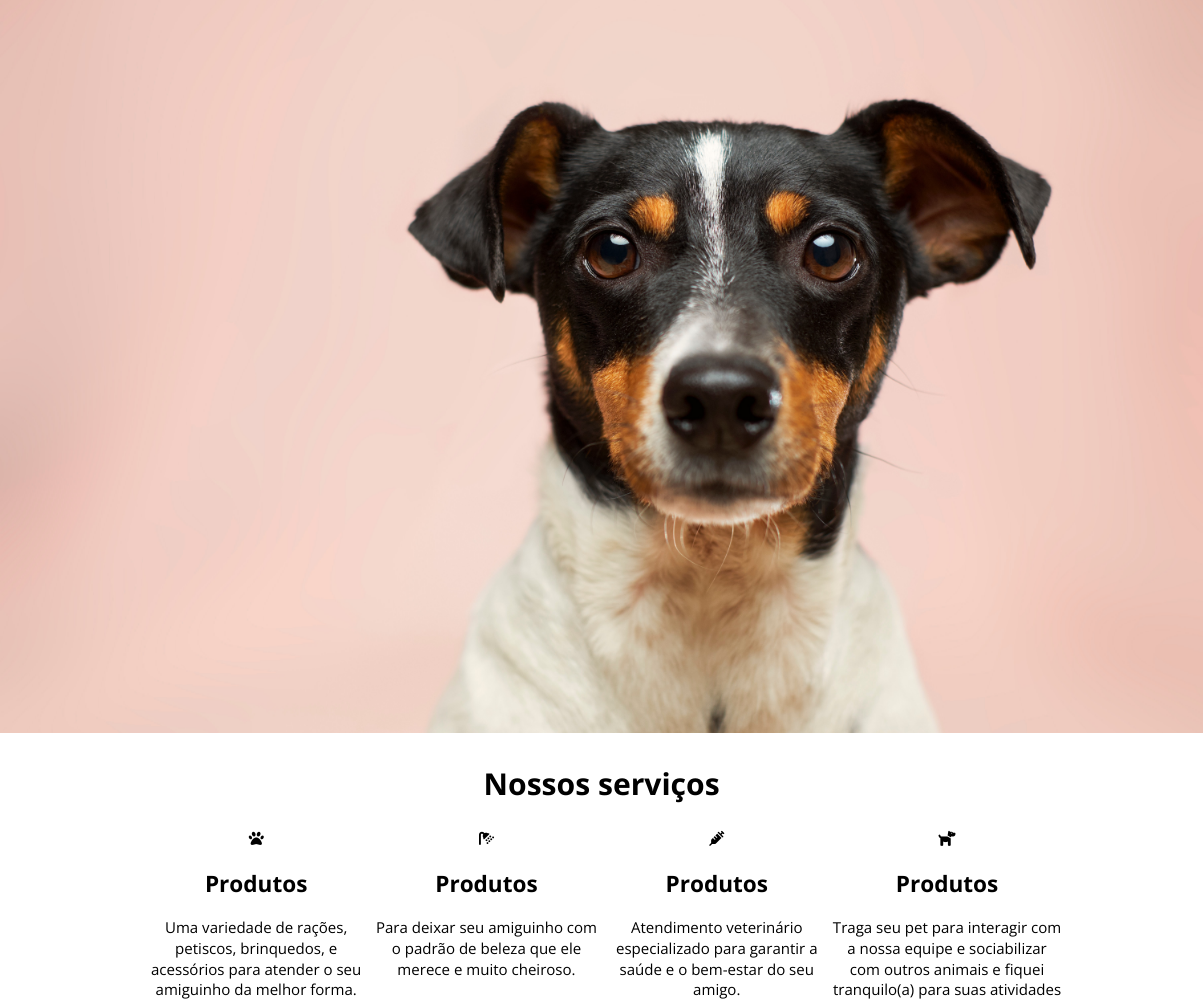
Repository: Carolden/ProhetoPetShop
Page: index.html
These files come from the project's save history. The page is drawn as it stood at one moment and after the next save; the edit follows.
The browser window is 1280 px wide. The pictures show the part of the page from y = 270 to 1334 px (the page is 2886 px tall before and 2868 px after), at 94% of full size.
A picture or video elsewhere on the page could not be fetched, so the positions and the page height are approximate.

Above is the page before, as saved 2023-04-28 10:29:24.

### index.html
<!DOCTYPE html>
<html lang="pt-BR">
<head>
    <meta charset="UTF-8">
    <meta http-equiv="X-UA-Compatible" content="IE=edge">
    <meta name="viewport" content="width=device-width, initial-scale=1.0">
    <title>Pet&Shop</title>
    <link rel="stylesheet" href="index.css">
    <link rel="stylesheet" href="sobre.css">
    <link rel="stylesheet" href="produtos.css">
    <link rel="stylesheet" href="servicos.css">
    <link rel="stylesheet" href="faleconosco.css">
    <link rel="stylesheet" href="https://cdnjs.cloudflare.com/ajax/libs/font-awesome/6.4.0/css/all.min.css">
    <link rel="preconnect" href="https://fonts.googleapis.com">
    <link rel="preconnect" href="https://fonts.gstatic.com" crossorigin>
    <link href="https://fonts.googleapis.com/css2?family=Open+Sans:wght@300;400;500;600;700;800&display=swap" rel="stylesheet">
</head>
<body>
    <header>

        <div class="headerrow">
            <div class="headercolumn">
                <img src="Imagens/logo-colored.svg" alt="logo" class="logocolored">
            </div>

            <div>
                <nav class="menu">
                    <a href="index.html" class="active">Home</a>
                    <a href="sobre.html">Sobre</a>
                    <a href="produtos.html">Produtos</a>
                    <a href="servicos.html">Serviços</a>
                    <a href="faleconosco.html">Fale Conosco</a>
                </nav>
            </div>
        </div>


    </header>

    <section>
        <img src="Imagens/banner.jpg" alt="banner" class="banner">
    </section>

    <main>

        <section class="container">

            <h1 class="h1">Nossos serviços</h1>

            <div class="servicesrow">

                <div class="servicescolumn">
                    <i class="fa-solid fa-paw"></i>
                    <h2>Produtos</h2>
                    <p>Uma variedade de rações, petiscos, brinquedos, e acessórios para atender o seu amiguinho da melhor forma.</p>
                </div>

                <div class="servicescolumn">
                    <i class="fa-solid fa-shower"></i>
                    <h2>Produtos</h2>
                    <p>Para deixar seu amiguinho com o padrão de beleza que ele merece e muito cheiroso.</p>
                </div>

                <div class="servicescolumn">
                    <i class="fa-solid fa-syringe"></i>
                    <h2>Produtos</h2>
                    <p>Atendimento veterinário especializado para garantir a saúde e o bem-estar do seu amigo. </p>
                </div>

                <div class="servicescolumn">
                    <!-- alterar icone com color e font zie, colocar link no head -->
                    <i class="fa-solid fa-dog"></i>
                    <h2>Produtos</h2>
                    <p>Traga seu pet para interagir com a nossa equipe e sociabilizar com outros animais e fiquei tranquilo(a) para suas atividades do dia-a-dia</p>
                </div>

            </div>

        <section>



        </section class="container">

            <div class="logowhitetext">
                <img src="Imagens/logo-white.svg" alt="logowhite" class="logowhite">
                <p><bolder>Só quem é apaixonado por animais sabe: </bolder>a relação de amor e cumplicidade que temos com nossos bichinhos de estimação é um vínculo único! Por essa razão, não medimos esforços para oferecer o que há de melhor para trazer ainda mais alegria e qualidade de vida. Rações, acessórios, medicamentos e brinquedos estão na nossa listinha de prioridades; e tudo isso você encontra aqui na pet&shop.</p>
            </div>

        </section>

        <section class="container">

            <div class="prodrow">

                <div class="prodcolumn">
                    <img src="Imagens/Produtos/product-1.webp" alt="ração">
                    <p>Royal Canin Maxi Adult 15kg</p>
                    <h4>R$ 109,90</h4>
                </div>

                <div class="prodcolumn">
                    <img src="Imagens/Produtos/product-2.webp" alt="ração">
                    <p>Premier Fórmula Raças Medias Adulto</p>
                    <h4>R$ 79,90</h4>
                </div>

                <div class="prodcolumn">
                    <img src="Imagens/Produtos/product-3.webp" alt="ração">
                    <p>Pro Plan Raças Pequenas Reduced Calorie</p>
                    <h4>R$ 79,90</h4>
                </div>

                <div class="prodcolumn">
                    <img src="Imagens/Produtos/product-4.webp" alt="ração">
                    <p>EasOtic 10ml - Virbac</p>
                    <h4>R$ 169,90</h4>
                </div>

                <div class="prodcolumn">
                    <img src="Imagens/Produtos/product-5.webp" alt="moletom">
                    <p>Moletom Snoopy Sleeping Azul - Zooz</p>
                    <h4>R$ 39,90</h4>
                </div>

                <div class="prodcolumn">
                    <img src="Imagens/Produtos/product-6.webp" alt="ração">
                    <p>N&D Ancestral Selection Cães Adultos Raças Grandes</p>
                    <h4>R$ 89,90</h4>
                </div>

            </div>

            <div class="prodrow">

                <div class="prodcolumn">
                    <img src="Imagens/Produtos/product-7.webp" alt="ração">
                    <p>Kit Hills Prescription Diet Lata A/D Urgent Care 156g</p>
                    <h4>R$ 44,90</h4>
                </div>

                <div class="prodcolumn">
                    <img src="Imagens/Produtos/product-8.webp" alt="ração">
                    <p>Three Cats Original Sênior 10,1kg</p>
                    <h4>R$ 69,90</h4>
                </div>

                <div class="prodcolumn">
                    <img src="Imagens/Produtos/product-9.webp" alt="ração">
                    <p>Peitoral Ergocomfort Rosa Ferplast</p>
                    <h4>R$ 134,90</h4>
                </div>

                <div class="prodcolumn">
                    <img src="Imagens/Produtos/product-10.webp" alt="ração">
                    <p>Peitoral Para Cachorros Sail Dog 27</p>
                    <h4>R$ 129,90</h4>
                </div>

                <div class="prodcolumn">
                    <img src="Imagens/Produtos/product-11.webp" alt="ração">
                    <p>Guia Para Cachorros Tropical Dog 27</p>
                    <h4>R$ 114,90</h4>
                </div>

                <div class="prodcolumn">
                    <img src="Imagens/Produtos/product-12.webp" alt="ração">
                    <p>Guia Para Cachorros One Dog 27</p>
                    <h4>R$ 114,90</h4>
                </div>

            </div>

            <button>Ver mais</button>

        </section>

    </main>

    <footer class="container">

        <div>
            <img src="Imagens/logo-white.svg" alt="logo" class="logofooter">
        </div>

        <div class="footerrow">

            <div class="footercolumn">
                <h4>Contato</h4>
                <address>
                    Estrada sem nome, 1234, Sala 0
                    Bairro - Cidade / UF
                    12345-678
                    (00) 99999-9999
                    contato@petshop.com.br
                </address>
            </div class="cootercolumn">
                <h4>Horário de funcionamento</h4>
                <p>
                    De Segunda a Sexta-feira das 9 às 19hs.
                    Aos Sábados das 9 às 18hs.
                </p>
            <div>
                <h4>Siga-nos</h4>
                <i class="fa-brands fa-facebook-f"></i>
                <i class="fa-brands fa-instagram"></i>
                <i class="fa-brands fa-tiktok"></i>
                <i class="fa-brands fa-twitter"></i>
                <i class="fa-brands fa-youtube"></i>
            </div>

        </div>

        <div class="devdbycrie">
            <p>© 2022 pet&shop | Todos os direitos reservados. Desenvolvido por Crie_TI</p>
        </div>


    </footer>






















































</body>
</html>

### index.css

@import url('https://fonts.googleapis.com/css2?family=Open+Sans:wght@300&display=swap');


body {
    margin: 0;
    border: 0;
    font-family: 'Open Sans', sans-serif;
}

.logocolored {
    width: 300px;
}

.headerrow {
    display: flex;
    width: 100%;
    align-items: center;
    padding-top: 10px;
    padding-bottom: 10px;
}

.menu a {
    text-decoration: none;
    padding: 12px;
    color: #382c32;
    font-weight: 600;
    font-size: 18px;
}

a.active {
    color: white;
    background-color: #FF0077;;
    padding-top: 100%;
    padding-bottom: 100%;
}

a.active:hover {
    color: white
}

a:hover {
    color: #FF0077;;
}

.headercolumn {
    width: 50%;
    padding-left: 150px;
}

.banner{
    width: 100%;
    height: 800px;
    object-fit: cover;
}

.servicesrow {
    display: flex;
    width: 100%;
}

.servicescolumn {
    width: 25%;
    text-align: center;
}






.h1 {
    text-align: center;
    font-size: 32px;
}

.logowhite {
    width: 300px;
}

.logowhitetext {
    background-color: blue;
    width: 100%;
}

.container {
    margin-left: 150px;
    margin-right: 150px;
}

.prodrow {
    display: flex;
    width: 100%;
}

.prodcolumn {
    width: 16.66%;
}

.prodcolumn img {
    width: 100%;
    height: auto;
    object-fit: cover;
}

.footerrow {
    display: flex;
}

Loaded but not shown: sobre.css (no stored copy; drawn as an empty file); produtos.css (no stored copy; drawn as an empty file); servicos.css (no stored copy; drawn as an empty file); faleconosco.css (no stored copy; drawn as an empty file)

After the next save:
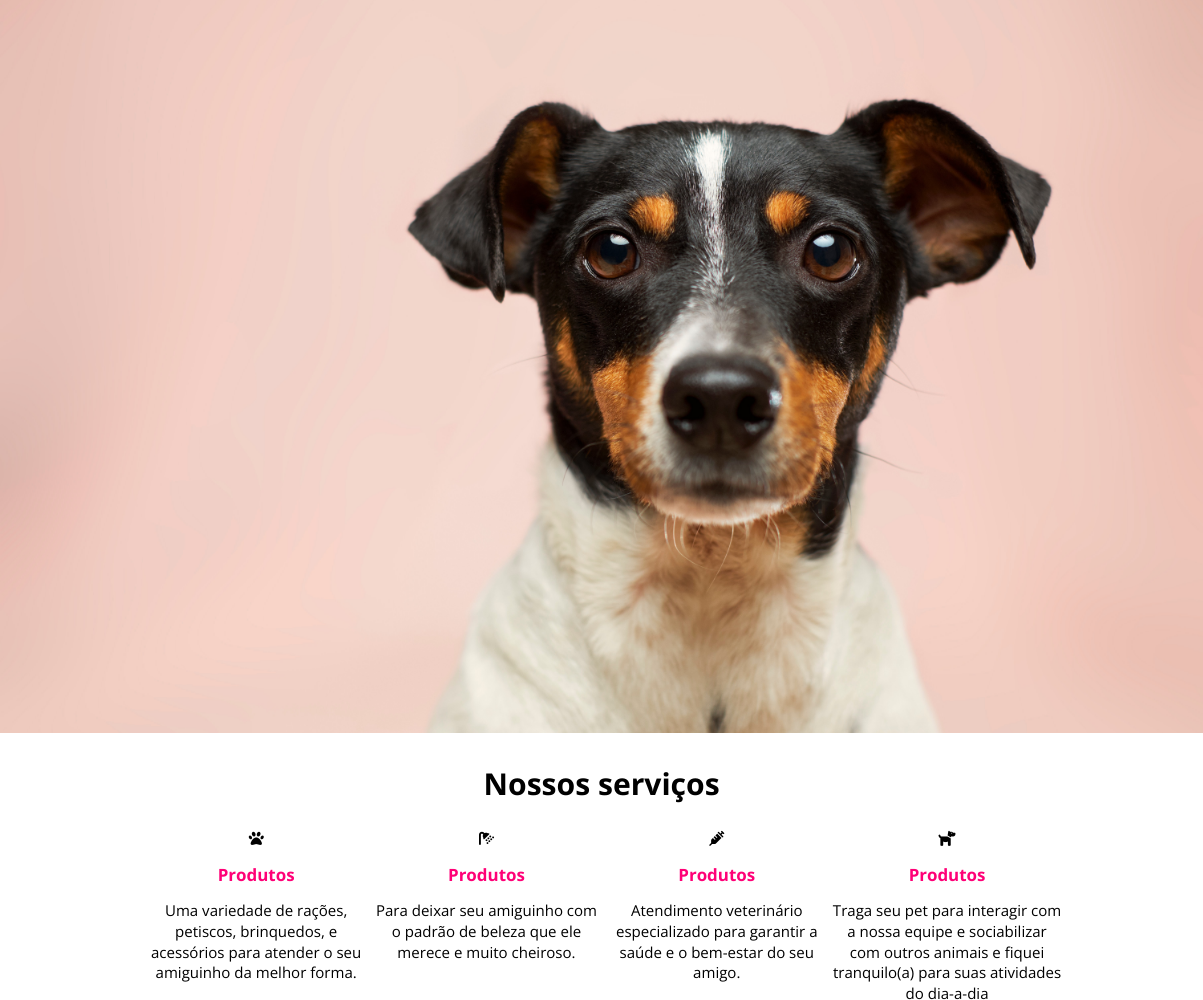
Saved 53 s later.
--- a/index.css
+++ b/index.css
@@ -64,9 +64,10 @@ a:hover {
     text-align: center;
 }
 
-
-
-
+.servicescolumn h2 {
+    color: #FF0077;
+    font-size: 18px;
+}
 
 
 .h1 {
